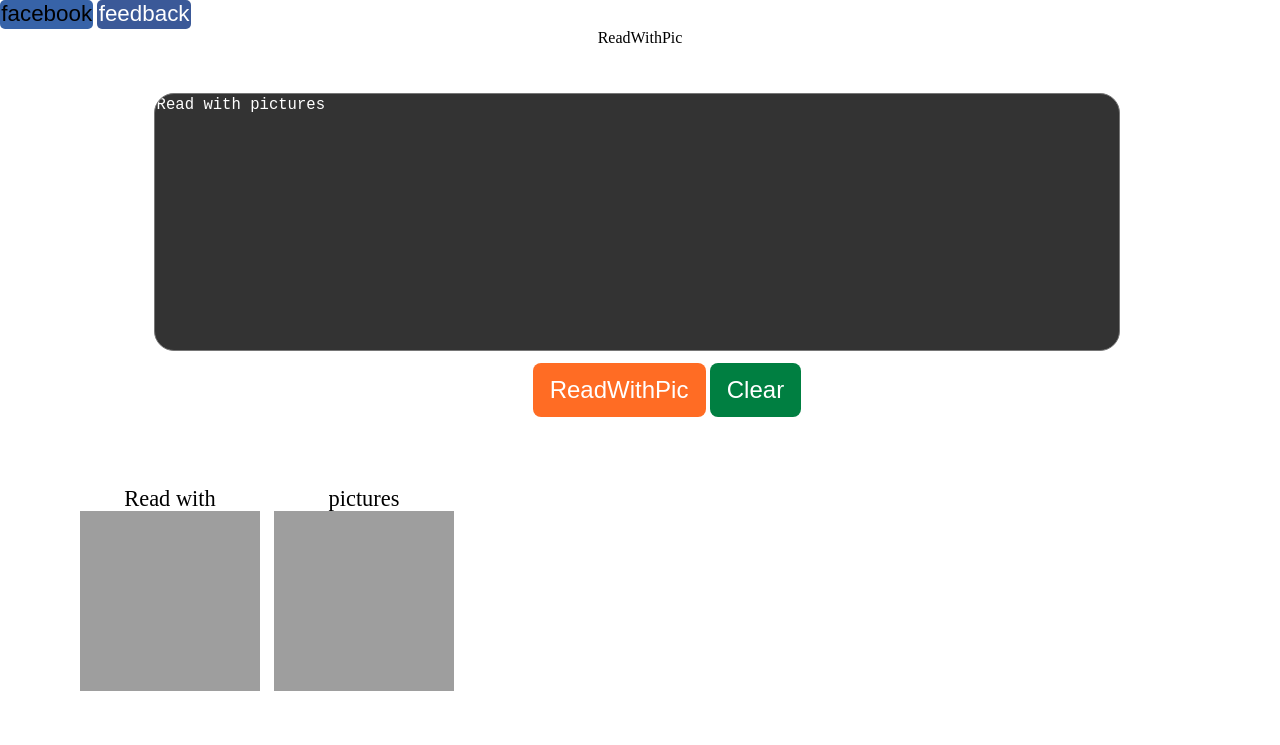
Repository: readwithpic/readwithpic.github.io
Page: index.html
The author's editor kept a record of every edit. The page is drawn from the files as they stood at one moment, then again after the next edit.
The browser window is 1280 px wide. The pictures show the whole page.
The pointer rests on the first visible `.feedback`.
Pictures or frames that could not be fetched are drawn as grey boxes. Some web libraries are served in a nearby version.

Above is the page before.
Console error: TypeError: Cannot read properties of undefined (reading 'length')

After the next edit:
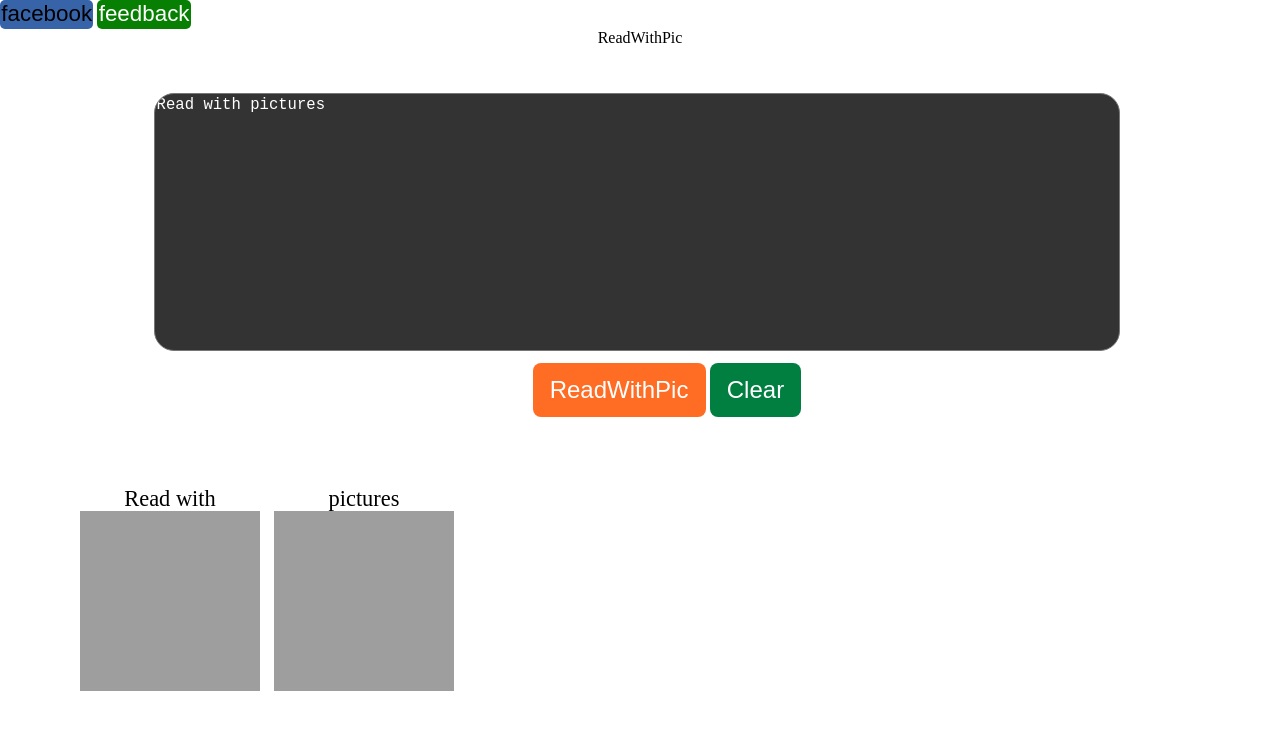
The edit:
--- a/style.css
+++ b/style.css
@@ -39,7 +39,7 @@
 
 
 .feedback:hover{
-    background-color:#3b5998;
+    background-color:#077F03;
 }
 
 .feedback:active{
